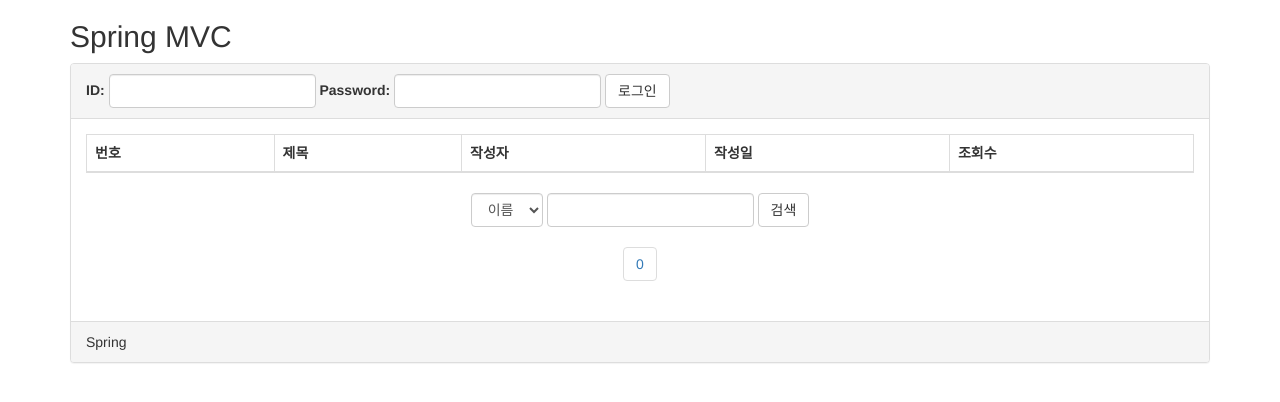
Repository: minhyeong0/Java_Study_SpringMVC03
Page: http://localhost/SpringMVC13/WEB-INF/views/board/list.jsp
An editor plug-in stored every save of this project. The page is shown before and after the next save, followed by the edit.
The browser window is 1280 px wide. The pictures show the whole page.
The page is served by Tomcat 9. Nobody is signed in. The template is opened directly, without the code that normally fills it, so the values that code supplies are empty.

Above is the page before, as saved 2023-12-22 07:08:53.

After the next save:
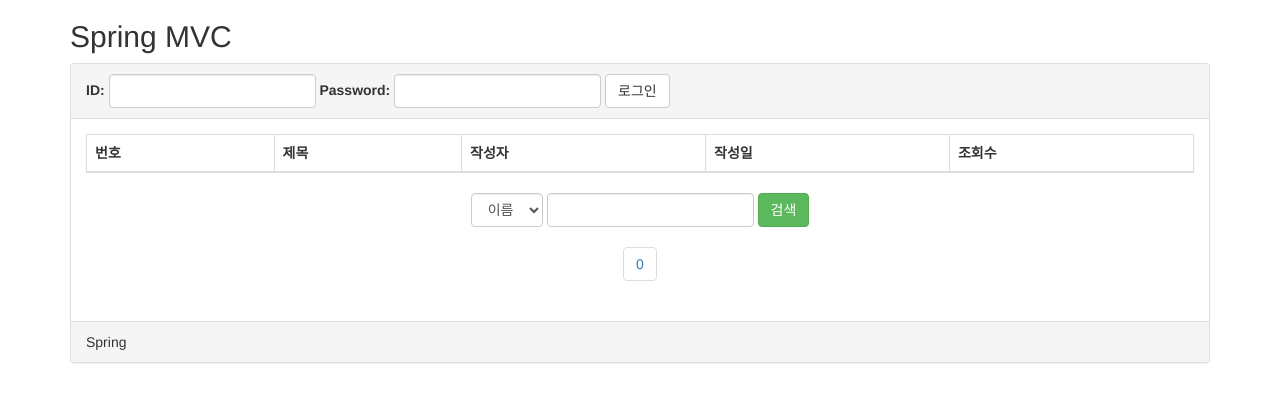
Saved 37 s later.
--- a/SpringMVC13/src/main/webapp/WEB-INF/views/board/list.jsp
+++ b/SpringMVC13/src/main/webapp/WEB-INF/views/board/list.jsp
@@ -147,7 +147,7 @@
 					  <div class="form-group">
 					    <input type="text" class="form-control" name="keyword">
 					  </div>
-					  <button type="submit" class="btn btn-default">검색</button>
+					  <button type="submit" class="btn btn-success">검색</button>
 					</form>
 				</div>
 	    	<!-- 검색 메뉴 END -->
